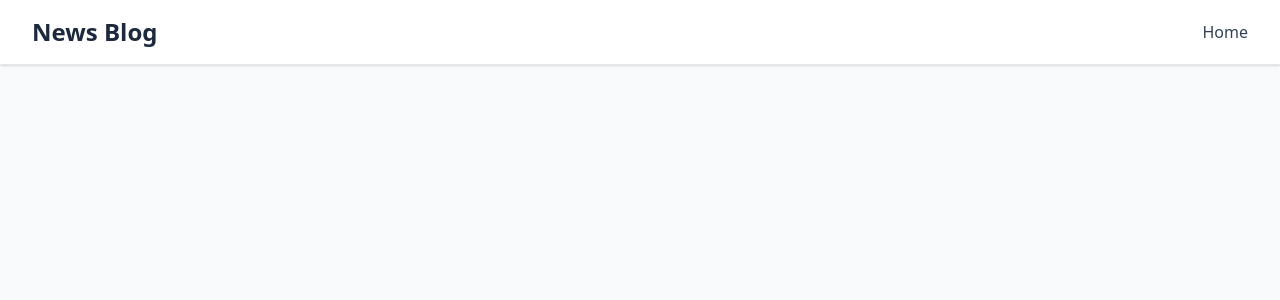
Repository: estevam02009/news-blog
Page: /
The author's editor kept a copy of each file at every save. The page is drawn from the files as they stood at one save, then again after the next save.
The browser window is 1280 px wide. The pictures show the whole page.
The project was rebuilt for these pictures with package versions that can differ from the ones it lists, and the page was loaded fresh each time. Also part of the build but not shown: vite.config.ts.

Above is the page before, as saved 2025-08-08 16:54:25.

After the next save:
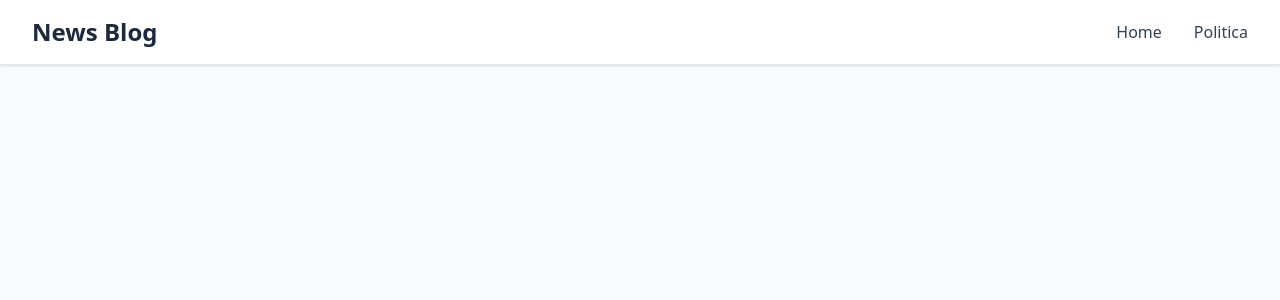
Saved 60 s later.
--- a/src/components/Header.tsx
+++ b/src/components/Header.tsx
@@ -14,6 +14,7 @@ const Header: React.FC = () => {
                 {/* Desktop Navigation */}
                 <div className='hidden md:flex items-center space-x-8'>
                     <a href='/' className='text-slate-700 hover:text-blue-600 font-medium transition-colors'>Home</a>
+                    <a href='#' className='text-slate-700 hover:text-blue-600 font-medium transition-colors'>Politica</a>
                 </div>
                 </div>
             </div>
